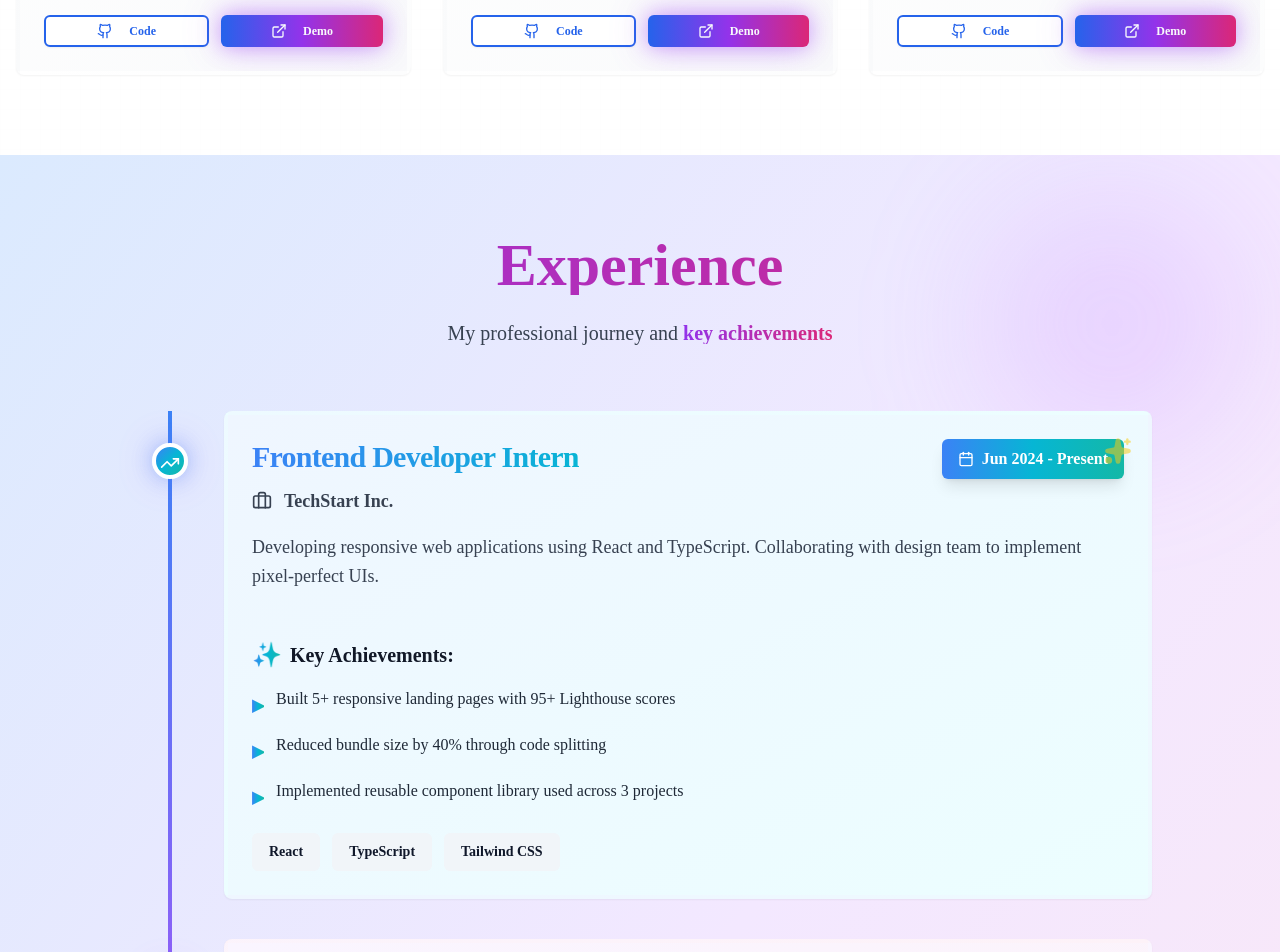
Repository: sm6746/PORTFOLIO
Page: /
An editor plug-in stored every save of this project. The page is shown before and after the next save, followed by the edit.
The browser window is 1280 px wide. The pictures show the part of the page from y = 3832 to 4784 px (the page is 8297 px tall).
The project was rebuilt for these pictures with package versions that can differ from the ones it lists, and the page was loaded fresh each time. Also part of the build but not shown: vite.config.ts.

Above is the page before, as saved 2025-11-07 07:45:00.

### index.html
<!DOCTYPE html>
<html lang="en">
  <head>
    <meta charset="UTF-8" />
    <link rel="icon" type="image/svg+xml" href="/favicon.svg" />
    <meta name="viewport" content="width=device-width, initial-scale=1.0" />
    <title>Portfolio</title>
  </head>
  <body>
    <div id="root"></div>
    <script type="module" src="/app/main.tsx"></script>
  </body>
</html>

### app/main.tsx
import React from 'react'
import ReactDOM from 'react-dom/client'
import App from './app'
import './globals.css'

ReactDOM.createRoot(document.getElementById('root')!).render(
  <React.StrictMode>
    <App />
  </React.StrictMode>,
)

### app/app.tsx
import { ThemeProvider } from '@/lib/theme-context';
import { Header } from '@/components/header';
import { HeroSection } from '@/components/hero-section';
import { AboutSection } from '@/components/about-section';
import { SkillsSection } from '@/components/skills-section';
import { ProjectsSection } from '@/components/projects-section';
import { ExperienceSection } from '@/components/experience-section';
import { CertificationsSection } from '@/components/certifications-section';
import { ContactSection } from '@/components/contact-section';
import { Footer } from '@/components/footer';
import { ScrollToTop } from '@/components/scroll-to-top';

function App() {
  return (
    <ThemeProvider>
      <div className="min-h-screen bg-white dark:bg-gray-900 transition-colors duration-300">
        <Header />
        <main>
          <HeroSection />
          <AboutSection />
          <SkillsSection />
          <ProjectsSection />
          <ExperienceSection />
          <CertificationsSection />
          <ContactSection />
        </main>
        <Footer />
        <ScrollToTop />
      </div>
    </ThemeProvider>
  );
}

export default App;

### lib/theme-context.tsx
import React, { createContext, useContext, useEffect, useState } from 'react';

type Theme = 'light' | 'dark';

type ThemeContextType = {
  theme: Theme;
  toggleTheme: () => void;
};

const ThemeContext = createContext<ThemeContextType | undefined>(undefined);

export function ThemeProvider({ children }: { children: React.ReactNode }) {
  const [theme, setTheme] = useState<Theme>(() => {
    const stored = localStorage.getItem('portfolio-theme');
    return (stored as Theme) || 'light';
  });

  useEffect(() => {
    localStorage.setItem('portfolio-theme', theme);
    document.documentElement.classList.toggle('dark', theme === 'dark');
  }, [theme]);

  const toggleTheme = () => {
    setTheme(prev => (prev === 'light' ? 'dark' : 'light'));
  };

  return (
    <ThemeContext.Provider value={{ theme, toggleTheme }}>
      {children}
    </ThemeContext.Provider>
  );
}

export function useTheme() {
  const context = useContext(ThemeContext);
  if (!context) {
    throw new Error('useTheme must be used within ThemeProvider');
  }
  return context;
}

### components/experience-section.tsx
import { Card, CardContent, CardHeader, CardTitle } from '@/components/ui/card';
import { Badge } from '@/components/ui/badge';
import { Briefcase, Calendar, Sparkles, TrendingUp } from 'lucide-react';
import { useScrollAnimation } from '@/hooks/use-scroll-animation';

export function ExperienceSection() {
  const { ref, isVisible } = useScrollAnimation();

  const experiences = [
    {
      title: 'Frontend Developer Intern',
      company: 'TechStart Inc.',
      period: 'Jun 2024 - Present',
      description: 'Developing responsive web applications using React and TypeScript. Collaborating with design team to implement pixel-perfect UIs.',
      achievements: [
        'Built 5+ responsive landing pages with 95+ Lighthouse scores',
        'Reduced bundle size by 40% through code splitting',
        'Implemented reusable component library used across 3 projects',
      ],
      tags: ['React', 'TypeScript', 'Tailwind CSS'],
      gradient: 'from-blue-500 via-cyan-500 to-teal-500',
      bgGradient: 'from-blue-50 to-cyan-50 dark:from-blue-950/50 dark:to-cyan-950/50',
    },
    {
      title: 'Full Stack Developer',
      company: 'University Project Lab',
      period: 'Jan 2024 - May 2024',
      description: 'Led development of student management system as part of senior project. Managed team of 4 developers.',
      achievements: [
        'Architected and built REST API serving 500+ students',
        'Implemented JWT authentication and role-based access',
        'Reduced query time by 60% through database optimization',
      ],
      tags: ['Node.js', 'Express', 'PostgreSQL', 'React'],
      gradient: 'from-purple-500 via-pink-500 to-rose-500',
      bgGradient: 'from-purple-50 to-pink-50 dark:from-purple-950/50 dark:to-pink-950/50',
    },
    {
      title: 'Web Development Intern',
      company: 'Digital Solutions Co.',
      period: 'Jun 2023 - Aug 2023',
      description: 'Summer internship focused on frontend development and UI/UX improvements for client projects.',
      achievements: [
        'Redesigned company website increasing user engagement by 35%',
        'Fixed 50+ bugs improving overall application stability',
        'Created technical documentation for future developers',
      ],
      tags: ['HTML', 'CSS', 'JavaScript', 'Bootstrap'],
      gradient: 'from-green-500 via-emerald-500 to-teal-500',
      bgGradient: 'from-green-50 to-emerald-50 dark:from-green-950/50 dark:to-emerald-950/50',
    },
  ];

  return (
    <section
      id="experience"
      ref={ref as React.RefObject<HTMLElement>}
      className="py-20 bg-gradient-to-br from-blue-100 via-purple-100 to-pink-100 dark:from-gray-800 dark:via-purple-900/10 dark:to-blue-900/10 relative overflow-hidden"
    >
      <div className="absolute top-10 right-10 w-64 h-64 bg-purple-400/20 rounded-full blur-3xl"></div>
      <div className="absolute bottom-10 left-10 w-64 h-64 bg-blue-400/20 rounded-full blur-3xl"></div>

      <div className="container mx-auto px-4 relative z-10">
        <div
          className={`transition-all duration-1000 ${
            isVisible ? 'opacity-100 translate-y-0' : 'opacity-0 translate-y-10'
          }`}
        >
          <h2 className="text-5xl md:text-6xl font-extrabold text-center mb-6 bg-gradient-to-r from-blue-600 via-purple-600 to-pink-600 dark:from-blue-400 dark:via-purple-400 dark:to-pink-400 bg-clip-text text-transparent animate-gradient">
            Experience
          </h2>
          <p className="text-center text-gray-700 dark:text-gray-300 mb-16 text-xl font-medium">
            My professional journey and <span className="text-transparent bg-clip-text bg-gradient-to-r from-purple-600 to-pink-600 font-bold">key achievements</span>
          </p>

          <div className="max-w-5xl mx-auto relative">
            <div className="absolute left-10 top-0 bottom-0 w-1 bg-gradient-to-b from-blue-500 via-purple-500 to-pink-500 hidden md:block shadow-lg"></div>

            <div className="space-y-10">
              {experiences.map((exp, index) => (
                <div
                  key={index}
                  className={`relative transition-all duration-1000 ${
                    isVisible ? 'opacity-100 translate-x-0' : 'opacity-0 -translate-x-10'
                  }`}
                  style={{ transitionDelay: `${index * 250}ms` }}
                >
                  <div className={`hidden md:block absolute left-6 top-8 w-9 h-9 rounded-full bg-gradient-to-br ${exp.gradient} border-4 border-white dark:border-gray-800 shadow-xl animate-pulse-glow z-10`}>
                    <TrendingUp className="h-5 w-5 text-white m-auto mt-1.5" />
                  </div>

                  <Card className={`md:ml-24 hover:shadow-2xl transition-all duration-500 transform hover:-translate-y-3 hover:scale-105 border-4 border-transparent hover:border-current bg-gradient-to-br ${exp.bgGradient} overflow-hidden`}>
                    <div className={`absolute inset-0 bg-gradient-to-br ${exp.gradient} opacity-0 group-hover:opacity-10 transition-opacity duration-500`}></div>
                    <CardHeader className="relative">
                      <div className="flex flex-wrap items-start justify-between gap-4 mb-3">
                        <div className="flex-1">
                          <CardTitle className={`text-3xl font-black mb-3 bg-gradient-to-r ${exp.gradient} bg-clip-text text-transparent`}>
                            {exp.title}
                          </CardTitle>
                          <div className="flex items-center gap-3 text-gray-700 dark:text-gray-300">
                            <Briefcase className="h-5 w-5" />
                            <span className="font-bold text-lg">{exp.company}</span>
                          </div>
                        </div>
                        <Badge variant="outline" className={`flex items-center gap-2 px-4 py-2 border-3 bg-gradient-to-r ${exp.gradient} text-white font-bold text-base shadow-lg`}>
                          <Calendar className="h-4 w-4" />
                          {exp.period}
                        </Badge>
                      </div>
                      <p className="text-gray-700 dark:text-gray-300 text-lg leading-relaxed">{exp.description}</p>
                      <Sparkles className="absolute top-4 right-4 h-7 w-7 text-yellow-400 fill-yellow-400 animate-pulse" />
                    </CardHeader>
                    <CardContent className="p-6 relative">
                      <h4 className="font-black mb-4 text-gray-900 dark:text-gray-100 text-xl flex items-center gap-2">
                        <span className={`text-2xl bg-gradient-to-r ${exp.gradient} bg-clip-text text-transparent`}>✨</span>
                        Key Achievements:
                      </h4>
                      <ul className="space-y-3 mb-5">
                        {exp.achievements.map((achievement, idx) => (
                          <li key={idx} className="flex items-start gap-3 text-gray-800 dark:text-gray-200 text-base">
                            <span className={`text-2xl font-bold bg-gradient-to-r ${exp.gradient} bg-clip-text text-transparent mt-0.5`}>▸</span>
                            <span>{achievement}</span>
                          </li>
                        ))}
                      </ul>
                      <div className="flex flex-wrap gap-3">
                        {exp.tags.map((tag, tagIndex) => (
                          <Badge key={tagIndex} variant="secondary" className="text-sm font-bold px-4 py-2 hover:scale-110 transition-transform">
                            {tag}
                          </Badge>
                        ))}
                      </div>
                    </CardContent>
                  </Card>
                </div>
              ))}
            </div>
          </div>
        </div>
      </div>
    </section>
  );
}

### components/footer.tsx
import { Github, Linkedin, Mail } from 'lucide-react';
import { Button } from '@/components/ui/button';

export function Footer() {
  return (
    <footer className="py-12 bg-gray-900 text-white">
      <div className="container mx-auto px-4">
        <div className="flex flex-col items-center gap-6">
          <div className="text-3xl font-bold bg-gradient-to-r from-blue-400 to-purple-400 bg-clip-text text-transparent">
            SHIVANI MEHRA
          </div>
          <p className="text-gray-400 text-center max-w-md">
            Building the future, one line of code at a time. Let's create something amazing together.
          </p>
          <div className="flex gap-4">
            <Button
              variant="ghost"
              size="icon"
              className="rounded-full hover:bg-blue-600/20 text-gray-300 hover:text-white transition-all"
            >
              <a
              href="https://github.com/sm6746"
              target="_blank"
              rel="noopener noreferrer"
            >
              <Github className="h-5 w-5" />
              </a>
            </Button>
            <Button
              variant="ghost"
              size="icon"
              className="rounded-full hover:bg-blue-600/20 text-gray-300 hover:text-white transition-all"
            >
              <a
              href="https://www.linkedin.com/in/shivani-mehra-/"
              target="_blank"
              rel="noopener noreferrer"
            >
              <Linkedin className="h-7 w-7" />
              </a>
            </Button>
            <Button
              variant="ghost"
              size="icon"
              className="rounded-full hover:bg-blue-600/20 text-gray-300 hover:text-white transition-all"
            >
              <a
              href="https://mail.google.com/mail/?view=cm&fs=1&to=shivanimehra22may@gmail.com"
              target="_blank"
              rel="noopener noreferrer"
            >
               <Mail className="h-5 w-5" />
              </a>

            </Button>
          </div>
          <div className="border-t border-gray-800 pt-6 w-full text-center">
            <p className="text-gray-500 text-sm">

            </p>
          </div>
        </div>
      </div>
    </footer>
  );
}

### components/scroll-to-top.tsx
import { Button } from '@/components/ui/button';
import { ArrowUp } from 'lucide-react';
import { useEffect, useState } from 'react';

export function ScrollToTop() {
  const [isVisible, setIsVisible] = useState(false);

  useEffect(() => {
    const toggleVisibility = () => {
      setIsVisible(window.scrollY > 500);
    };

    window.addEventListener('scroll', toggleVisibility);
    return () => window.removeEventListener('scroll', toggleVisibility);
  }, []);

  const scrollToTop = () => {
    window.scrollTo({ top: 0, behavior: 'smooth' });
  };

  if (!isVisible) return null;

  return (
    <Button
      onClick={scrollToTop}
      size="icon"
      className="fixed bottom-8 right-8 z-50 rounded-full shadow-lg bg-gradient-to-r from-blue-600 to-purple-600 hover:from-blue-700 hover:to-purple-700 animate-bounce"
    >
      <ArrowUp className="h-5 w-5" />
    </Button>
  );
}

### components/ui/button.tsx
import * as React from "react"
import { Slot } from "@radix-ui/react-slot"
import { cva, type VariantProps } from "class-variance-authority"

import { cn } from "@/lib/utlis"

const buttonVariants = cva(
  "inline-flex items-center justify-center gap-2 whitespace-nowrap rounded-md text-sm font-medium transition-colors focus-visible:outline-none focus-visible:ring-1 focus-visible:ring-ring disabled:pointer-events-none disabled:opacity-50 [&_svg]:pointer-events-none [&_svg]:size-4 [&_svg]:shrink-0",
  {
    variants: {
      variant: {
        default:
          "bg-primary text-primary-foreground shadow hover:bg-primary/90",
        destructive:
          "bg-destructive text-destructive-foreground shadow-sm hover:bg-destructive/90",
        outline:
          "border border-input bg-background shadow-sm hover:bg-accent hover:text-accent-foreground",
        secondary:
          "bg-secondary text-secondary-foreground shadow-sm hover:bg-secondary/80",
        ghost: "hover:bg-accent hover:text-accent-foreground",
        link: "text-primary underline-offset-4 hover:underline",
      },
      size: {
        default: "h-9 px-4 py-2",
        sm: "h-8 rounded-md px-3 text-xs",
        lg: "h-10 rounded-md px-8",
        icon: "h-9 w-9",
      },
    },
    defaultVariants: {
      variant: "default",
      size: "default",
    },
  }
)

export interface ButtonProps
  extends React.ButtonHTMLAttributes<HTMLButtonElement>,
    VariantProps<typeof buttonVariants> {
  asChild?: boolean
}

const Button = React.forwardRef<HTMLButtonElement, ButtonProps>(
  ({ className, variant, size, asChild = false, ...props }, ref) => {
    const Comp = asChild ? Slot : "button"
    return (
      <Comp
        className={cn(buttonVariants({ variant, size, className }))}
        ref={ref}
        {...props}
      />
    )
  }
)
Button.displayName = "Button"

export { Button, buttonVariants }

### hooks/use-scroll-animation.ts
import { useEffect, useRef, useState } from 'react';

export function useScrollAnimation() {
  const ref = useRef<HTMLElement>(null);
  const [isVisible, setIsVisible] = useState(false);

  useEffect(() => {
    const observer = new IntersectionObserver(
      ([entry]) => {
        if (entry.isIntersecting) {
          setIsVisible(true);
        }
      },
      { threshold: 0.1 }
    );

    if (ref.current) {
      observer.observe(ref.current);
    }

    return () => {
      if (ref.current) {
        observer.unobserve(ref.current);
      }
    };
  }, []);

  return { ref, isVisible };
}

### components/ui/card.tsx
import * as React from "react"

import { cn } from "@/lib/utlis"

const Card = React.forwardRef<
  HTMLDivElement,
  React.HTMLAttributes<HTMLDivElement>
>(({ className, ...props }, ref) => (
  <div
    ref={ref}
    className={cn(
      "rounded-lg border bg-card text-card-foreground shadow-sm",
      className,
    )}
    {...props}
  />
))
Card.displayName = "Card"

const CardHeader = React.forwardRef<
  HTMLDivElement,
  React.HTMLAttributes<HTMLDivElement>
>(({ className, ...props }, ref) => (
  <div
    ref={ref}
    className={cn("flex flex-col space-y-1.5 p-6", className)}
    {...props}
  />
))
CardHeader.displayName = "CardHeader"

const CardTitle = React.forwardRef<
  HTMLParagraphElement,
  React.HTMLAttributes<HTMLHeadingElement>
>(({ className, ...props }, ref) => (
  <h3
    ref={ref}
    className={cn(
      "text-2xl font-semibold leading-none tracking-tight",
      className,
    )}
    {...props}
  />
))
CardTitle.displayName = "CardTitle"

const CardDescription = React.forwardRef<
  HTMLParagraphElement,
  React.HTMLAttributes<HTMLParagraphElement>
>(({ className, ...props }, ref) => (
  <p
    ref={ref}
    className={cn("text-sm text-muted-foreground", className)}
    {...props}
  />
))
CardDescription.displayName = "CardDescription"

const CardContent = React.forwardRef<
  HTMLDivElement,
  React.HTMLAttributes<HTMLDivElement>
>(({ className, ...props }, ref) => (
  <div ref={ref} className={cn("p-6 pt-0", className)} {...props} />
))
CardContent.displayName = "CardContent"

const CardFooter = React.forwardRef<
  HTMLDivElement,
  React.HTMLAttributes<HTMLDivElement>
>(({ className, ...props }, ref) => (
  <div
    ref={ref}
    className={cn("flex items-center p-6 pt-0", className)}
    {...props}
  />
))
CardFooter.displayName = "CardFooter"

export { Card, CardHeader, CardFooter, CardTitle, CardDescription, CardContent }

### components/ui/badge.tsx
import * as React from "react"
import { cva, type VariantProps } from "class-variance-authority"

import { cn } from "@/lib/utlis"

const badgeVariants = cva(
  "inline-flex items-center rounded-md border px-2.5 py-0.5 text-xs font-semibold transition-colors focus:outline-none focus:ring-2 focus:ring-ring focus:ring-offset-2",
  {
    variants: {
      variant: {
        default:
          "border-transparent bg-primary text-primary-foreground shadow hover:bg-primary/80",
        secondary:
          "border-transparent bg-secondary text-secondary-foreground hover:bg-secondary/80",
        destructive:
          "border-transparent bg-destructive text-destructive-foreground shadow hover:bg-destructive/80",
        outline: "text-foreground",
      },
    },
    defaultVariants: {
      variant: "default",
    },
  }
)

export interface BadgeProps
  extends React.HTMLAttributes<HTMLDivElement>,
    VariantProps<typeof badgeVariants> {}

function Badge({ className, variant, ...props }: BadgeProps) {
  return (
    <div className={cn(badgeVariants({ variant }), className)} {...props} />
  )
}

export { Badge, badgeVariants }

### components/ui/input.tsx
import * as React from "react"

import { cn } from "@/lib/utlis"

const Input = React.forwardRef<HTMLInputElement, React.ComponentProps<"input">>(
  ({ className, type, ...props }, ref) => {
    return (
      <input
        type={type}
        className={cn(
          "flex h-9 w-full rounded-md border border-input bg-transparent px-3 py-1 text-base shadow-sm transition-colors file:border-0 file:bg-transparent file:text-sm file:font-medium file:text-foreground placeholder:text-muted-foreground focus-visible:outline-none focus-visible:ring-1 focus-visible:ring-ring disabled:cursor-not-allowed disabled:opacity-50 md:text-sm",
          className
        )}
        ref={ref}
        {...props}
      />
    )
  }
)
Input.displayName = "Input"

export { Input }

### components/ui/textarea.tsx
import * as React from "react"

import { cn } from "@/lib/utlis"

const Textarea = React.forwardRef<
  HTMLTextAreaElement,
  React.ComponentProps<"textarea">
>(({ className, ...props }, ref) => {
  return (
    <textarea
      className={cn(
        "flex min-h-[60px] w-full rounded-md border border-input bg-transparent px-3 py-2 text-base shadow-sm placeholder:text-muted-foreground focus-visible:outline-none focus-visible:ring-1 focus-visible:ring-ring disabled:cursor-not-allowed disabled:opacity-50 md:text-sm",
        className
      )}
      ref={ref}
      {...props}
    />
  )
})
Textarea.displayName = "Textarea"

export { Textarea }

Loaded but not shown: lib/utlis.tsx (common file); tailwind.config.js (62 lines, source omitted); components/projects-section.tsx (180 lines, source omitted); components/contact-section.tsx (144 lines, source omitted); components/certifications-section.tsx (150 lines, source omitted); components/hero-section.tsx (124 lines, source omitted); components/about-section.tsx (79 lines, source omitted); components/skills-section.tsx (112 lines, source omitted); components/header.tsx (82 lines, source omitted); app/globals.css (115 lines, source omitted)

After the next save:
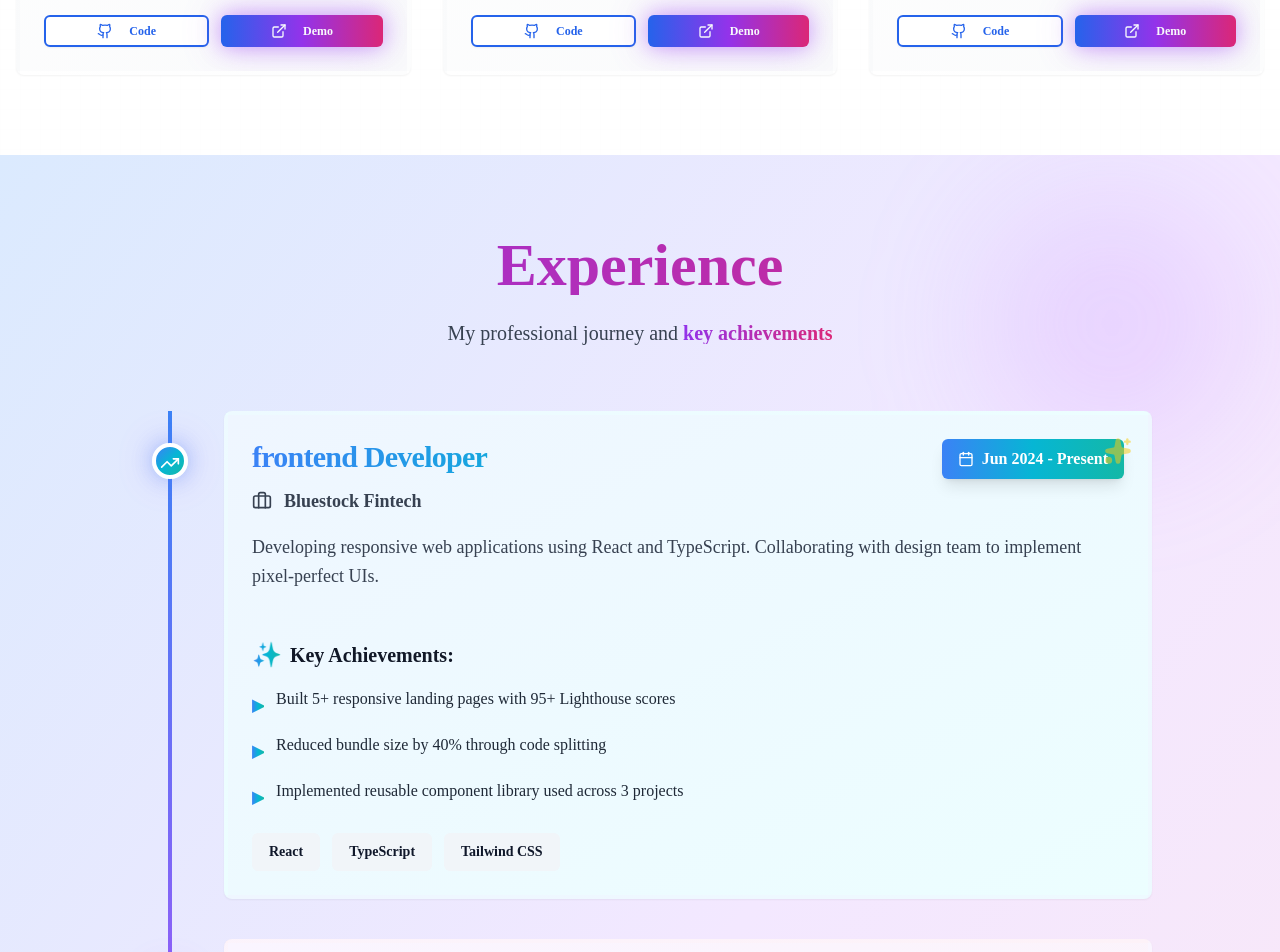
Saved 117 s later.
--- a/components/experience-section.tsx
+++ b/components/experience-section.tsx
@@ -8,8 +8,8 @@ export function ExperienceSection() {
 
   const experiences = [
     {
-      title: 'Frontend Developer Intern',
-      company: 'TechStart Inc.',
+      title: 'frontend Developer ',
+      company: 'Bluestock Fintech',
       period: 'Jun 2024 - Present',
       description: 'Developing responsive web applications using React and TypeScript. Collaborating with design team to implement pixel-perfect UIs.',
       achievements: [
